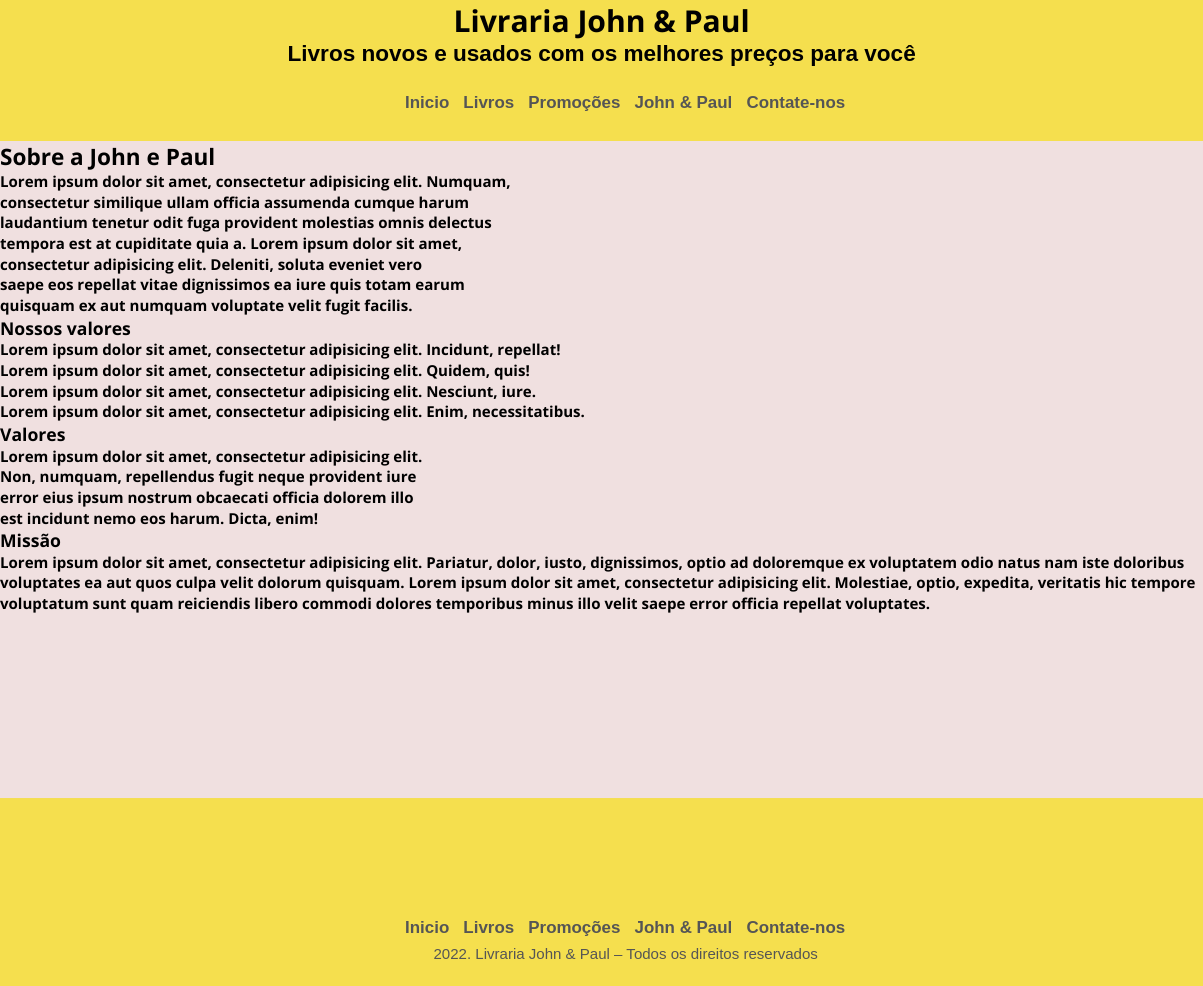
Repository: MarcoantonioCaldeira/Site-livraria-John-e-Paul
Page: sobre.html
These files come from the project's save history. The page is drawn as it stood at one moment and after the next save; the edit follows.
The browser window is 1280 px wide. The pictures show the whole page, at 94% of full size.

Above is the page before, as saved 2022-09-25 10:27:16.

### sobre.html
<!doctype html>
<html dir="ltr" lang="pt-BR">
<head>
   <meta name="viewport" content="width=device-width, initial-scale=1.0">

   <title>Meu Primeiro Projeto</title>
   <link rel="stylesheet" href="css/estilo.css">
</head>
<body>
<header id="topo">
   <h1 class="center"> Livraria John & Paul</h1>
   <h2 class="center">Livros novos e usados com os melhores preços para você</h2>
</header>
<nav id="menu-sobre">
   <ul>
      <li><a href="index.html">Inicio</a></li>
      <li><a href="produtos.html">Livros</a></li>
      <li><a href="#">Promoções</a></li>
      <li><a href="sobre.html">John & Paul</a></li>
      <li><a href="contato.html">Contate-nos</a></li>
   </ul>
</nav>
<section class="sobre">
   <h1>Sobre a John e Paul</h1>

      <h4>Lorem ipsum dolor sit amet, consectetur adipisicing elit. Numquam,<br>
      consectetur similique ullam officia assumenda cumque harum<br> laudantium tenetur
      odit fuga provident molestias omnis delectus<br> tempora est at cupiditate quia a.
      Lorem ipsum dolor sit amet,<br> consectetur adipisicing elit. Deleniti,
      soluta eveniet vero<br> saepe eos repellat vitae dignissimos ea iure quis
      totam earum<br> quisquam ex aut numquam voluptate velit fugit facilis.</h4>


   <h3>Nossos valores</h3>

      <h4>Lorem ipsum dolor sit amet, consectetur adipisicing elit. Incidunt, repellat!<br>
      Lorem ipsum dolor sit amet, consectetur adipisicing elit. Quidem, quis!<br>
      Lorem ipsum dolor sit amet, consectetur adipisicing elit. Nesciunt, iure.<br>
      Lorem ipsum dolor sit amet, consectetur adipisicing elit. Enim, necessitatibus.</h4>


   <h3>Valores</h3>

      <h4>Lorem ipsum dolor sit amet, consectetur adipisicing elit.<br>
      Non, numquam, repellendus fugit neque provident iure <br>error eius
      ipsum nostrum obcaecati officia dolorem illo <br>est incidunt nemo eos
      harum. Dicta, enim!</h4>

   <h3>Missão</h3>

      <h4>Lorem ipsum dolor sit amet, consectetur adipisicing elit. Pariatur, dolor, iusto,
      dignissimos, optio ad doloremque ex voluptatem odio natus nam iste doloribus voluptates ea
      aut quos culpa velit dolorum quisquam. Lorem ipsum dolor sit amet, consectetur adipisicing
      elit. Molestiae, optio, expedita, veritatis hic tempore voluptatum sunt quam reiciendis libero
      commodi dolores temporibus minus illo velit saepe error officia repellat voluptates.</h4>

</section>

<footer id="rodape">
   <ul class="ul_rodape">
      <li><a href="index.html">Inicio</a></li>
      <li><a href="produtos.html">Livros</a></li>
      <li><a href="#">Promoções</a></li>
      <li><a href="sobre.html">John & Paul</a></li>
      <li><a href="contato.html">Contate-nos</a></li>
   </ul>
   <p>2022. Livraria John & Paul – Todos os direitos reservados</p>
</footer>
</body>
</html>

### css/estilo.css
/* Import font from google */
@import url(http://fonts.googleapis.com/css?family=Open+Sans:400,300,700);

*{
   margin: 0;
}


body{
   background-color:  rgb(240, 224, 224);
   font-family: sans-serif;
   margin: 0;
   padding: 0;
}
h1,h3,h4,h5,h6{
   font-family: 'Open Sans', sans-serif;
}

.h2_destaque{
   margin-left: 45%;
   margin-top: 5%;
   color:#555;
   font-family: 'Open Sans', sans-serif;
}

#topo{
   background-color: #f5df4e;
   width: 100%;
   height:150px;
   margin:0 auto;
}

.destaques{
   background-color: rgb(240, 224, 224);
   width: 100%;
   height:1300px;
}


#menu{
   width:50%;
   text-align: center;
   margin-top: 2%;
   margin-left: 25%;
   height:50px;
}

a{
   font-weight:600;
   text-decoration: none;
   margin-left: 10px;
   font-family: arial;
   color:#555;
}

#menu li{
   display:inline;
}
.destaques li{
   width: 50%;
   float: left;
   text-align: center;
   list-style: none;
   padding: 20px 0;
}

ul{
   font-size: 18px;
}


.ul_rodape{
   margin-top: 10%;
}

.destaques li strong{
   width: 100%;
   display: block;
}
.center{
   text-align: center;
}


form fieldset{
   border: none;
}
form legend{
   text-transform: uppercase;
   font-size: 1.2em;
   padding: 0;
   width: 100%;
   border-bottom: 1px solid #555;
}
form label, form input:not([type=checkbox]), form select, form textarea{
   width: 100%;
}
form div{
   width: 48%;
   margin: 0 1%;
   height: 180px;
   float: left;
}
button{
   padding: 10px 20px;
   background-color: blue;
   color: #fff;
   border: none;
   -webkit-border-radius: 5px;
   -moz-border-radius: 5px;
   border-radius: 5px;
}
#rodape{
   width: 100%;
   height: 200px;
   background-color:  #f5df4e;
   color: #ccc;
   float: left;
   text-align: center;
}

p{
   color: #555;
   line-height: 34px;
   margin-left: 4%;
}

li {
   display: inline;
}

/*Produtos*/
#menu-produtos{
   width:50%;
   text-align: center;
   margin-top: -4%;
   margin-left: 25%;
   height:50px;
}

.produtos{

   height:600px;
}

table{
   position: relative;
   margin-left: 27%;
   top: 20%;
   background-color:rgb(240, 224, 224);
   border-radius: 5px;
   border: 1px solid #555;
}

tr, td{
   border: 1px solid #555;
}


/*Sobre*/

#menu-sobre{
   width:50%;
   text-align: center;
   margin-top: -4%;
   margin-left: 25%;
   height:50px;
}

.sobre{
   width: 100%;
   height:700px;
}








@media  screen and (max-width: 750px){


   #main-menu {
      display: none;
    }
    #hamburger-menu {
      display: inline;
    }

   h2.center, h1.center{
      font-size: 19px;
      color: blue;
   }

   h2.h2_destaque{
      margin-left: 40%;
   }

   ul#ul_rodape{
      color: red;
   }

   p{
      color: black;
      margin-top: 20%;
      margin-left: 4%;
   }

}

After the next save:
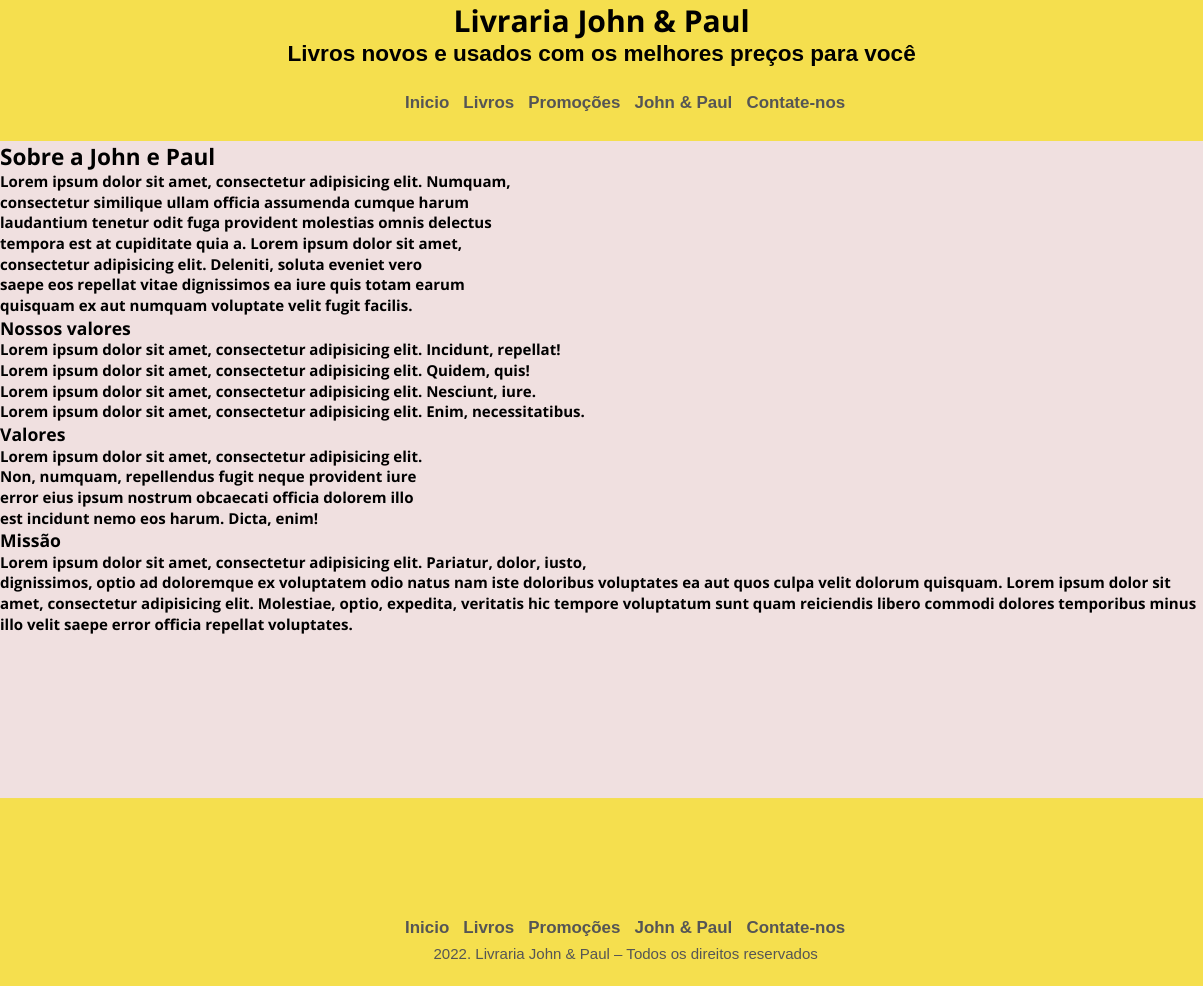
Saved 26 s later.
--- a/sobre.html
+++ b/sobre.html
@@ -48,7 +48,7 @@
 
    <h3>Missão</h3>
 
-      <h4>Lorem ipsum dolor sit amet, consectetur adipisicing elit. Pariatur, dolor, iusto,
+      <h4>Lorem ipsum dolor sit amet, consectetur adipisicing elit. Pariatur, dolor, iusto,<br>
       dignissimos, optio ad doloremque ex voluptatem odio natus nam iste doloribus voluptates ea
       aut quos culpa velit dolorum quisquam. Lorem ipsum dolor sit amet, consectetur adipisicing
       elit. Molestiae, optio, expedita, veritatis hic tempore voluptatum sunt quam reiciendis libero
